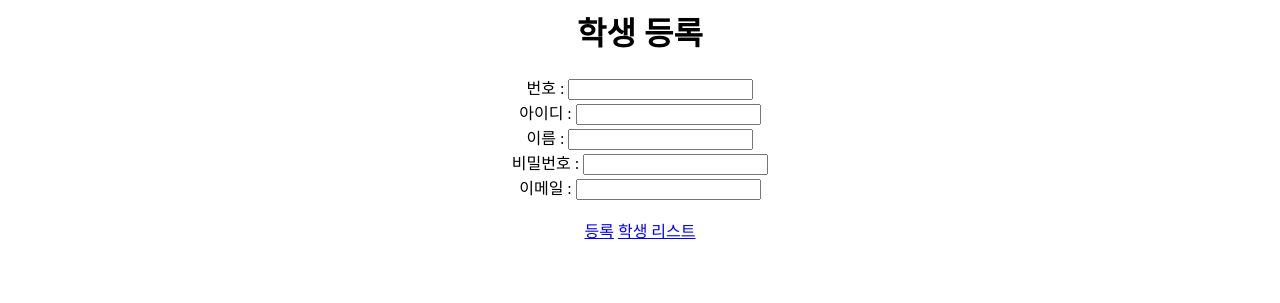
Repository: BbongLee/Spring2018
Page: http://localhost/StudentWebProject/WEB-INF/views/student/register.jsp
The author's editor kept a copy of each file at every save. The page is drawn from the files as they stood at one save, then again after the next save.
The browser window is 1280 px wide. The pictures show the whole page.
The page is served by Tomcat 9. Nobody is signed in. Other server files are loaded and not shown. The template is opened directly, without the code that normally fills it, so the values that code supplies are empty.

Above is the page before, as saved 2018-08-01 04:49:56.

### StudentWebProject/src/main/webapp/WEB-INF/views/student/register.jsp
<%@ page language="java" contentType="text/html; charset=UTF-8"
    pageEncoding="UTF-8"%>
<%@ taglib uri="http://java.sun.com/jsp/jstl/fmt" prefix="fmt"%>
<script>
function register(){
	document.form1.submit();
}
</script>

<form name="form1" action="register" method="post">
<div align="center">
<h1>학생 등록</h1>
번호 : <input type="text" name="no"><br>
아이디 : <input type="text" name="id"><br>
이름 : <input type="text" name="name"><br>
비밀번호 : <input type="password" name="password"><br>
이메일 : <input type="text" name="email"><br><br>
<a href="javascript:register()">등록</a>
<a href="list">학생 리스트</a>
</div>
</form>

After the next save:
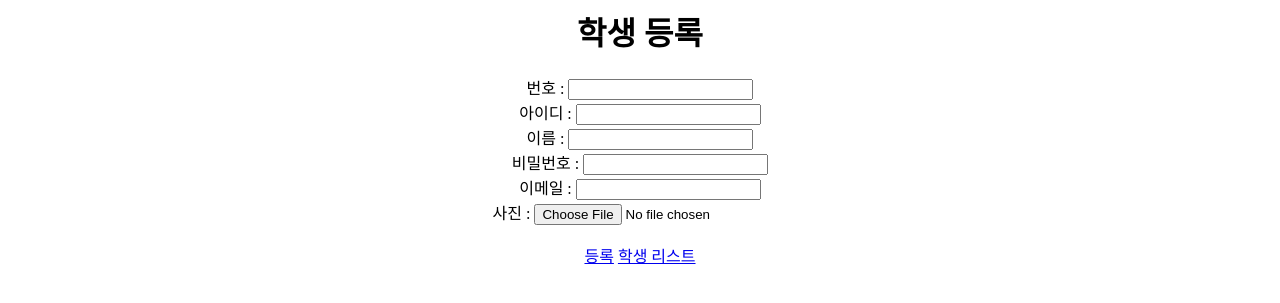
Saved 25 s later.
--- a/StudentWebProject/src/main/webapp/WEB-INF/views/student/register.jsp
+++ b/StudentWebProject/src/main/webapp/WEB-INF/views/student/register.jsp
@@ -14,7 +14,9 @@ function register(){
 아이디 : <input type="text" name="id"><br>
 이름 : <input type="text" name="name"><br>
 비밀번호 : <input type="password" name="password"><br>
-이메일 : <input type="text" name="email"><br><br>
+이메일 : <input type="text" name="email"><br>
+사진 : <input type="file" name="file"><br>
+<br>
 <a href="javascript:register()">등록</a>
 <a href="list">학생 리스트</a>
 </div>
